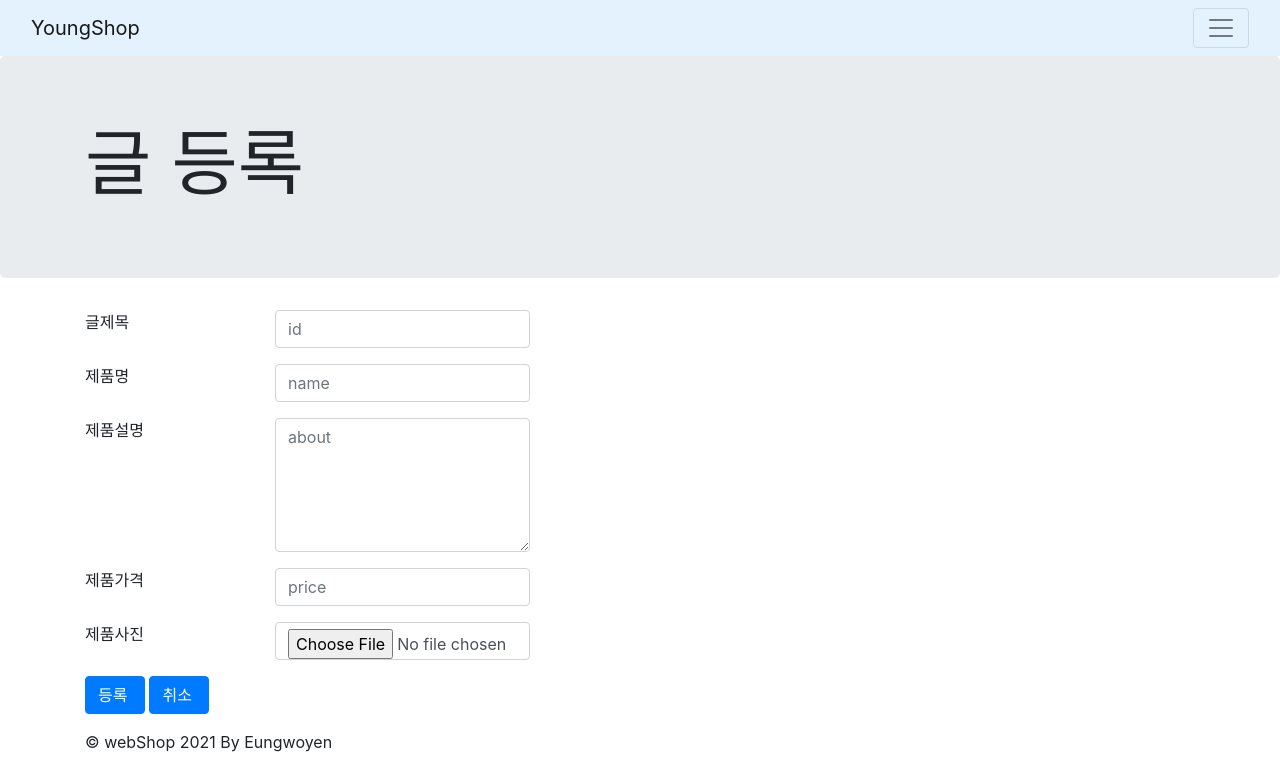
Repository: khss4008/JSP_project
Page: http://localhost/Webshop2/board/addBoard.jsp
An editor plug-in stored every save of this project. The page is shown before and after the next save, followed by the edit.
The browser window is 1280 px wide. The pictures show the whole page.
The page is served by Tomcat 9.

Above is the page before, as saved 2021-11-05 02:12:17.
Console error: TypeError: Cannot read properties of undefined (reading 'fn')

After the next save:
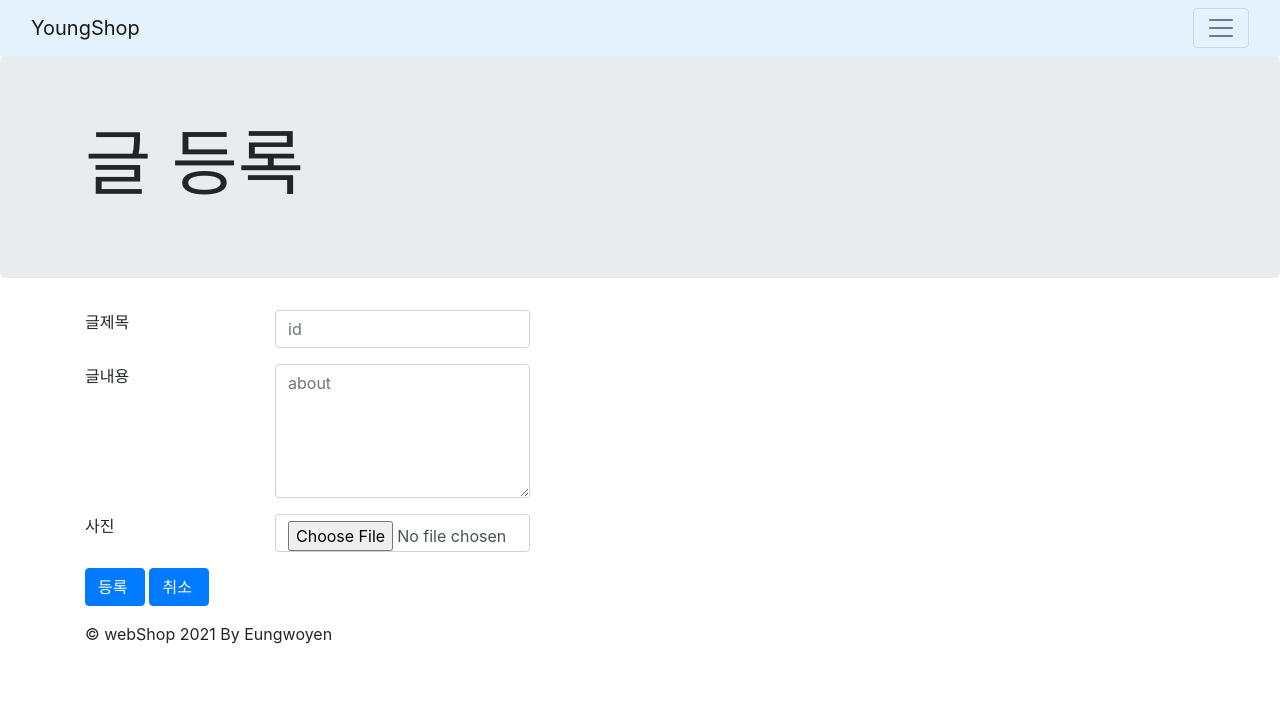
Saved 47 s later.
--- a/Webshop2/WebContent/board/addBoard.jsp
+++ b/Webshop2/WebContent/board/addBoard.jsp
@@ -24,29 +24,16 @@
          </div>
 
 
-         <div class="form-group  row">
-            <label class="col-sm-2">제품명</label>
-            <div class="col-sm-3">
-               <input name="name" type="text" class="form-control" placeholder="name" >
-            </div>
-         </div>
-
           <div class="form-group  row">
-            <label class="col-sm-2">제품설명</label>
+            <label class="col-sm-2">글내용</label>
             <div class="col-sm-3">
                <textarea name = description rows = "5" cols = "20" class="form-control" placeholder = "about"></textarea>
             </div>
          </div>
 
-           <div class="form-group  row">
-            <label class="col-sm-2">제품가격</label>
-            <div class="col-sm-3">
-               <input name="price" type="text" class="form-control" placeholder="price" >
-            </div>
-         </div>
 
           <div class="form-group  row">
-            <label class="col-sm-2">제품사진</label>
+            <label class="col-sm-2">사진</label>
             <div class="col-sm-3">
                <input name="filename" type="file" class="form-control">
             </div>
